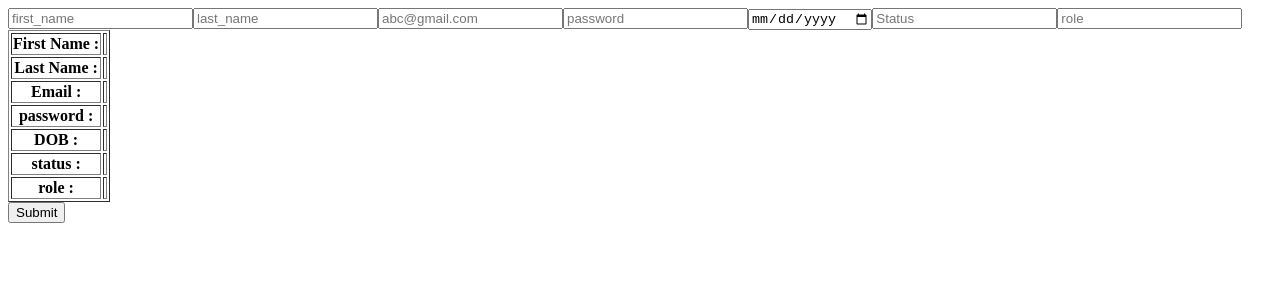
Repository: KD3-86718-yagywalky/Advance-java
Page: Assignment02/secondapp/src/main/webapp/newuser.html
The author's editor kept a copy of each file at every save. The page is drawn from the files as they stood at one save, then again after the next save.
The browser window is 1280 px wide. The pictures show the whole page.

Above is the page before, as saved 2024-12-03 14:15:12.

After the next save:
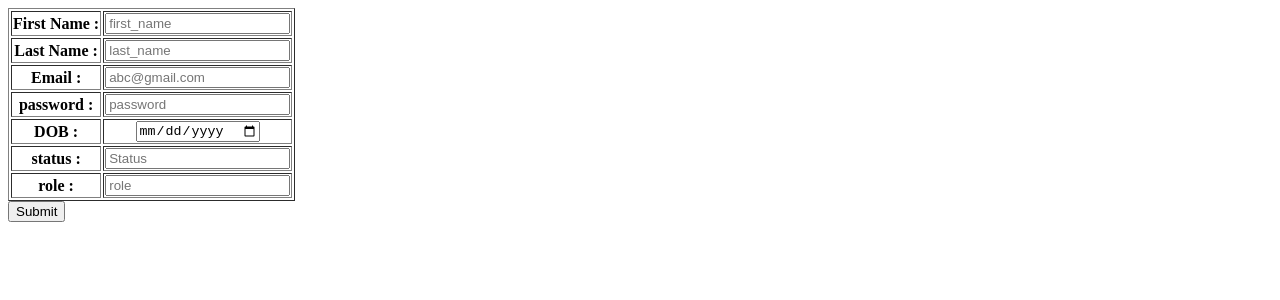
Saved 8 min 5 s later.
--- a/Assignment02/secondapp/src/main/webapp/newuser.html
+++ b/Assignment02/secondapp/src/main/webapp/newuser.html
@@ -8,13 +8,13 @@
 <body>
 	<form action="registrationuser" method="post">
 	<table border="1">
-	<tr> <th>First Name :</th> <input type="text" placeholder="first_name" /> <th></th></tr>
-	<tr> <th>Last Name :</th> <input type="text" placeholder="last_name" /> <th></th></tr>
-	<tr> <th>Email   :</th> <input type="email" placeholder="abc@gmail.com" /> <th></th></tr>
-	<tr> <th> password  :</th> <input type="text" placeholder="password" /> <th></th></tr>
-	<tr> <th> DOB   :</th> <input type="Date" placeholder="date" /> <th></th></tr>
-	<tr> <th> status   :</th> <input type="number" placeholder="Status" /> <th></th></tr>
-	<tr> <th> role    :</th> <input type="text" placeholder="role" /> <th></th></tr>
+	<tr> <th>First Name :</th>  <th><input type="text" placeholder="first_name" name="first_name"/></th></tr>
+	<tr> <th>Last Name :</th>  <th><input type="text" placeholder="last_name" name="last_name"/></th></tr>
+	<tr> <th>Email   :</th> <th><input type="email" placeholder="abc@gmail.com" name="email"/> </th></tr>
+	<tr> <th> password  :</th>  <th><input type="text" placeholder="password" name="passwd"/></th></tr>
+	<tr> <th> DOB   :</th>  <th><input type="Date" placeholder="date" name="dob"/></th></tr>
+	<tr> <th> status   :</th> <th><input type="number" placeholder="Status" name="status"/> </th></tr>
+	<tr> <th> role    :</th>  <th><input type="text" placeholder="role" name="role"/></th></tr>
 
 	</table>
 
